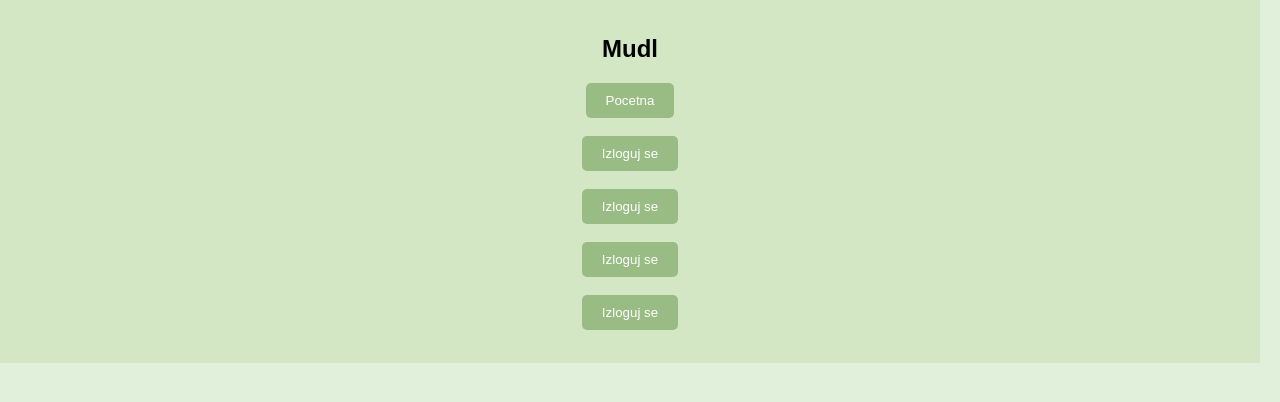
Repository: MarkoKillin/RazvojInformacionihSistemaProjekat
Page: http://localhost/MudlWeb/headers/admin_header.jsp
An editor plug-in stored every save of this project. The page is shown before and after the next save, followed by the edit.
The browser window is 1280 px wide. The pictures show the whole page.
The page is served by Tomcat 10. Other server files are loaded and not shown.

Above is the page before, as saved 2024-01-28 17:27:30.

### MudlWeb/src/main/webapp/headers/admin_header.jsp
<%@ page language="java" contentType="text/html; charset=UTF-8"
	pageEncoding="UTF-8"%>
<!DOCTYPE html>
<html lang="en">
<head>
<meta charset="UTF-8">
<meta name="viewport" content="width=device-width, initial-scale=1.0">
<title>Admin Mudl</title>
<link rel="stylesheet" type="text/css"
	href="${pageContext.request.contextPath}/css/styles.css">
</head>
<body>

	<header>
		<h2>Mudl</h2>
		<a href="/Mudl/admin/home"><button>Pocetna</button></a>
		<br>
		<br>
		<a href="/Mudl/logout"><button>Izloguj se</button></a>
		<br>
		<br>
		<a href="/Mudl/logout"><button>Izloguj se</button></a>
		<br>
		<br>
		<a href="/Mudl/logout"><button>Izloguj se</button></a>
		<br>
		<br>
		<a href="/Mudl/logout"><button>Izloguj se</button></a>
		<br>
		<br>

	</header>

</body>
</html>

### MudlWeb/src/main/webapp/css/styles.css
@charset "UTF-8";

:root {
	--primary-color: #E1F0DA;
	--secondary-color: #D4E7C5;
	--accent-color: #BFD8AF;
	--highlight-color: #99BC85;
}

body {
	font-family: 'Arial', sans-serif;
	background-color: var(--primary-color);
	color: black;
	height: 100vh;
	margin: 0%;
}

header {
	background-color: var(--secondary-color);
	padding: 15px;
	text-align: center;
	margin-right: 20px;
}

footer {
	background-color: var(--secondary-color);
	padding: 10px;
	text-align: center;
	position: fixed;
	bottom: 0;
	width: 100%;
}


button {
	background-color: var(--highlight-color);
	color: white;
	padding: 10px 20px;
	border: none;
	border-radius: 5px;
	cursor: pointer;

}

button:hover {
	background-color: var(--primary-color);
	color: black;
}

After the next save:
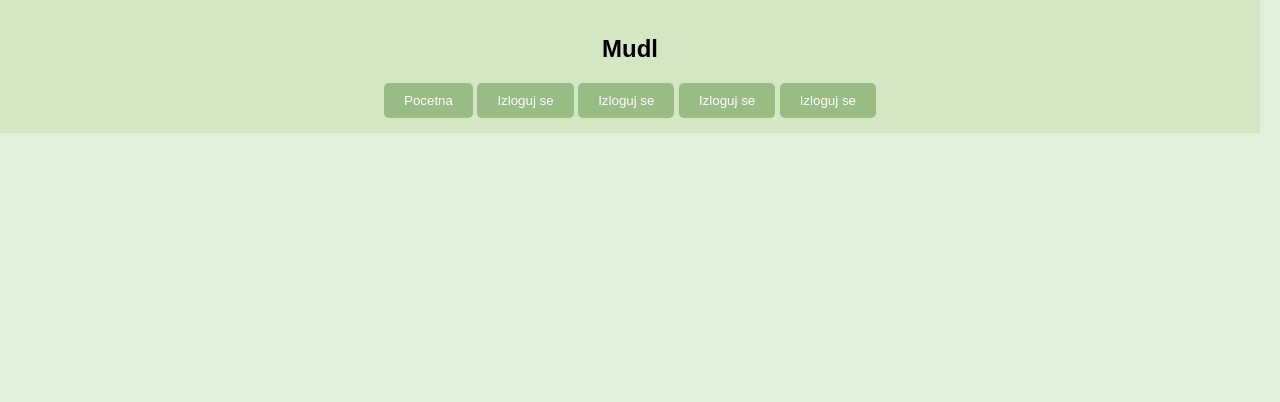
Saved 29 s later.
--- a/MudlWeb/src/main/webapp/headers/admin_header.jsp
+++ b/MudlWeb/src/main/webapp/headers/admin_header.jsp
@@ -14,20 +14,10 @@
 	<header>
 		<h2>Mudl</h2>
 		<a href="/Mudl/admin/home"><button>Pocetna</button></a>
-		<br>
-		<br>
 		<a href="/Mudl/logout"><button>Izloguj se</button></a>
-		<br>
-		<br>
 		<a href="/Mudl/logout"><button>Izloguj se</button></a>
-		<br>
-		<br>
 		<a href="/Mudl/logout"><button>Izloguj se</button></a>
-		<br>
-		<br>
 		<a href="/Mudl/logout"><button>Izloguj se</button></a>
-		<br>
-		<br>
 
 	</header>
 
